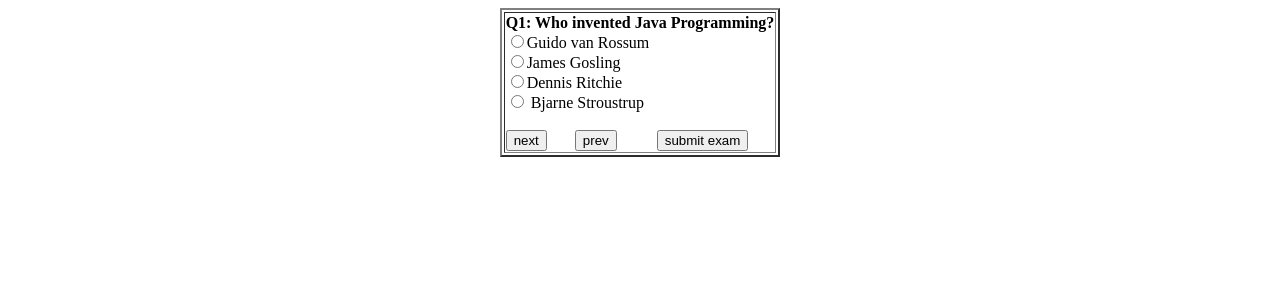
Repository: ravikumar0303/Advance-Java
Page: Assignment/OnlineExam/question.html
The author's editor kept a copy of each file at every save. The page is drawn from the files as they stood at one save, then again after the next save.
The browser window is 1280 px wide. The pictures show the whole page.

Above is the page before, as saved 2023-06-23 11:53:39.

### Assignment/OnlineExam/question.html
<!DOCTYPE html>
<html>
<head>
<meta charset="ISO-8859-1">
<title>online exam</title>
</head>
<center>
<table border="2px">
<body><td>
<div style="border:2px">
<form>
   <b>Q1: Who invented Java Programming?</b><br>

   <input type="radio" value="op1" name="op1">Guido van Rossum</input>
   <br>
   <input type="radio" value="op1" name="op1">James Gosling</input>
   <br>
   <input type="radio" value="op" name="op1">Dennis Ritchie</input>
   <br>
   <input type="radio" value="op1" name="op1"> Bjarne Stroustrup</input>
   <br></br>
   <button type="submit">next</button>&nbsp &nbsp&nbsp &nbsp
   <button type="submit">prev</button>&nbsp &nbsp&nbsp &nbsp&nbsp &nbsp
   <button type="submit">submit exam</button>
</form>
</td>
</table>

</div>
</body>
</center>
</html>

After the next save:
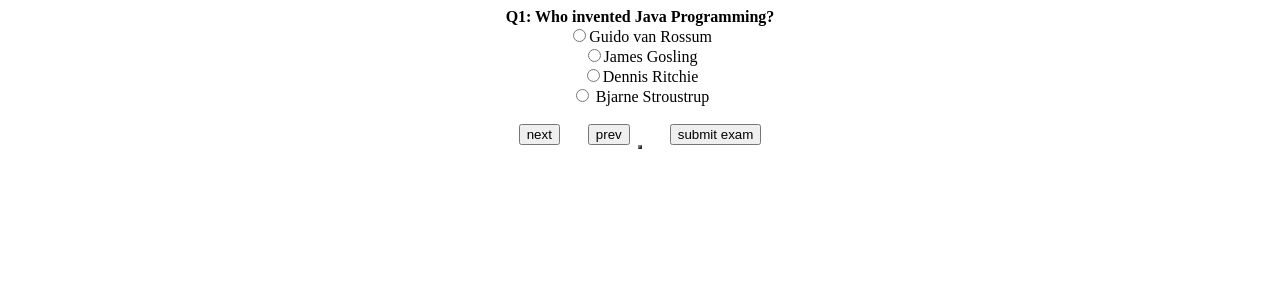
Saved 16 s later.
--- a/Assignment/OnlineExam/question.html
+++ b/Assignment/OnlineExam/question.html
@@ -5,9 +5,10 @@
 <title>online exam</title>
 </head>
 <center>
-<table border="2px">
+
 <body><td>
 <div style="border:2px">
+<table border="2px">
 <form>
    <b>Q1: Who invented Java Programming?</b><br>
 

After the 3 saves that followed:
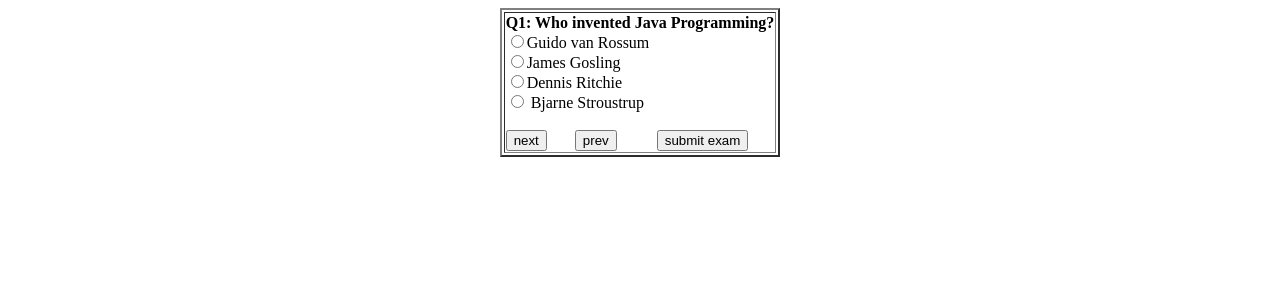
The 3 saves are shown as one change because 2 left the picture as it was.
The last was saved 73 s later.
--- a/Assignment/OnlineExam/question.html
+++ b/Assignment/OnlineExam/question.html
@@ -8,7 +8,7 @@
 
 <body><td>
 <div style="border:2px">
-<table border="2px">
+<table border="2px"><tr><td>
 <form>
    <b>Q1: Who invented Java Programming?</b><br>
 
@@ -24,7 +24,8 @@
    <button type="submit">prev</button>&nbsp &nbsp&nbsp &nbsp&nbsp &nbsp
    <button type="submit">submit exam</button>
 </form>
-</td>
+
+</tr></td>
 </table>
 
 </div>
